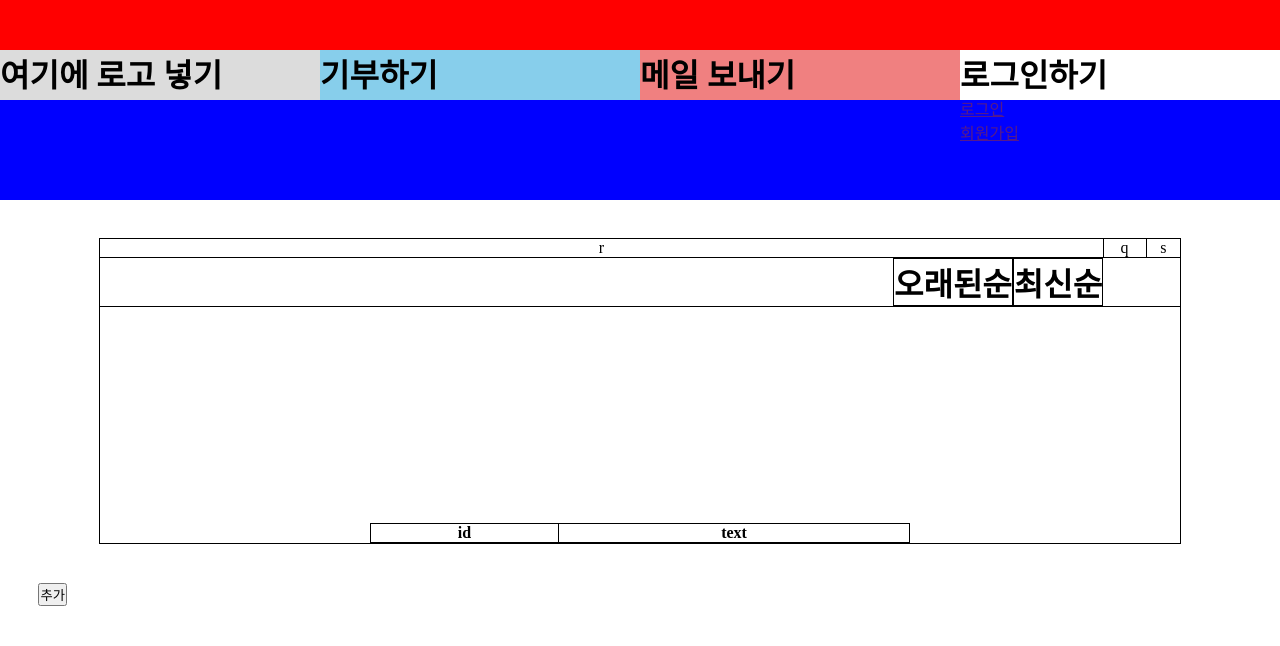
Repository: Yeojin0523/Survey
Page: http://localhost/Blog/Blog/list.jsp
The author's editor kept a copy of each file at every save. The page is drawn from the files as they stood at one save, then again after the next save.
The browser window is 1280 px wide. The pictures show the whole page.
The page is served by Tomcat 9. Other server files are loaded and not shown. The template is opened directly, without the code that normally fills it, so the values that code supplies are empty.

Above is the page before, as saved 2024-07-29 07:34:10.

### Blog/src/main/webapp/Blog/list.jsp
<%@ page language="java" contentType="text/html; charset=UTF-8"
	pageEncoding="UTF-8"%>
<%@ page import="java.util.List"%>
<%@ page import="java.util.ArrayList"%>
<%@ page import="java.sql.DriverManager"%>
<%@ page import="java.sql.ResultSet"%>
<%@ page import="java.sql.PreparedStatement"%>
<%@ page import="java.sql.Connection"%>
<%@ page import="java.sql.SQLException"%>

<%
Connection conn = null;
PreparedStatement pstmt = null;
ResultSet rs = null;
%>

<!DOCTYPE html>
<html>
<head>
<meta charset="UTF-8">
<title>my blog</title>
<script src="list.js"></script>
<link rel="stylesheet" href="list.css">
</head>
<body>
	<div class="wrapper">
		<div class="wrap">
			<div class="top_gnb_area"></div>
			<div class="top_area">
				<div class="logo_area">
					<h1>여기에 로고 넣기</h1>
				</div>
				<div class="donate_area">
					<h1>기부하기</h1>
				</div>

				<div class="mail_area">
					<h1>메일 보내기</h1>
				</div>
				<div class="login_area">
					<h1>로그인하기</h1>
					<!-- 로그인 안한 상태 -->
					<c:if test="${memeber == null}">
						<div class="loginBtn">
							<a href="">로그인</a>
						</div>
						<span><a href="">회원가입</a></span>
					</c:if>
				</div>
			</div>
		</div>
	</div>
	<div class="frame">
		<table class="outer_table">
			<tr class="category">
				<td>r</td>
				<td>q</td>
				<td>s</td>
			</tr>
			<tr class="list" colspan="2">
				<td>
					<h1>최신순</h1>
				</td>
				<td>
					<h1>오래된순</h1>
				</td>
			</tr>
			<tr>
				<td colspan="3">
					<div class="content">
						<div class="donateList">
							<table class="inner_table">
								<tr>
									<th>id</th>
									<th>text</th>
								</tr>
								<%
								try {
									Class.forName("oracle.jdbc.driver.OracleDriver");
									conn = DriverManager.getConnection("jdbc:oracle:thin:@localhost:1521:XE", "c##systemid", "systempwd");
									String sql = "SELECT * FROM blog";
									pstmt = conn.prepareStatement(sql);
									rs = pstmt.executeQuery();

									while (rs.next()) {
										out.println("<tr>");
										out.println("<td>" + rs.getInt("seq") + "</td>");
										out.println("<td>" + rs.getString("text") + "</td>");
										out.println("</tr>");
									}
								} catch (Exception e) {
									e.printStackTrace();
								} finally {
									try {
										if (rs != null)
									rs.close();
										if (pstmt != null)
									pstmt.close();
										if (conn != null)
									conn.close();
									} catch (Exception e) {
										e.printStackTrace();
									}
								}
								%>
							</table>
						</div>
					</div>
				</td>
			</tr>
		</table>
	</div>


	<div class="button_area">
		<button id="insertBtn">추가</button>
	</div>
</body>
</html>

### Blog/src/main/webapp/Blog/list.js
/** list.js의 script file
 *
 */
document.addEventListener("DOMContentLoaded", function(){
	document.getElementById("insertBtn").addEventListener("click", function(){
		window.location.href="InsertForm.jsp";
	});
});

### Blog/src/main/webapp/Blog/list.css
@charset "UTF-8";
*{
	margin:0;
	padding:0;
}
/*화면 전체*/
.wrapper{
	width:100%;
}
/*content 랩*/
.content{
	width:1080px;
	margin:auto;
}
.top_gnb_area{
	width:100%;
	height:50px;
	background-color: red;
}
.top_area{
	width:100%;
	height:150px;
	background-color: blue;
	align-items: center;
}
.logo_area{
	width:25%;
	height:50px;
	background-color: gainsboro;
	float:left;
}
.donate_area{
	width:25%;
	height:50px;
	background-color: skyblue;
	float:left;
}
.mail_area{
	width:25%;
	height:50px;
	background-color: lightcoral;
	float:left;
}
.login_area{
	width:25%;
	height:50px;
	background-color: white;
	float:right;
}
table{
	margin-left:auto;
	margin-right:auto;
	text-align: center;
}
table, td, th{
	border-collapse: collapse;
	border:1px solid black;
}
.outer_table{
	margin-top:3%;
}
.inner_table{
	margin-top:20%;
	width:50%;
	height:50%;
}
.button_area{
	padding:3%;
}
.list{
	display: flex;
	flex-direction: row-reverse;
}
.category{
	margin-left:auto;
	margin-right:auto;
	text-align: center;
}

After the next save:
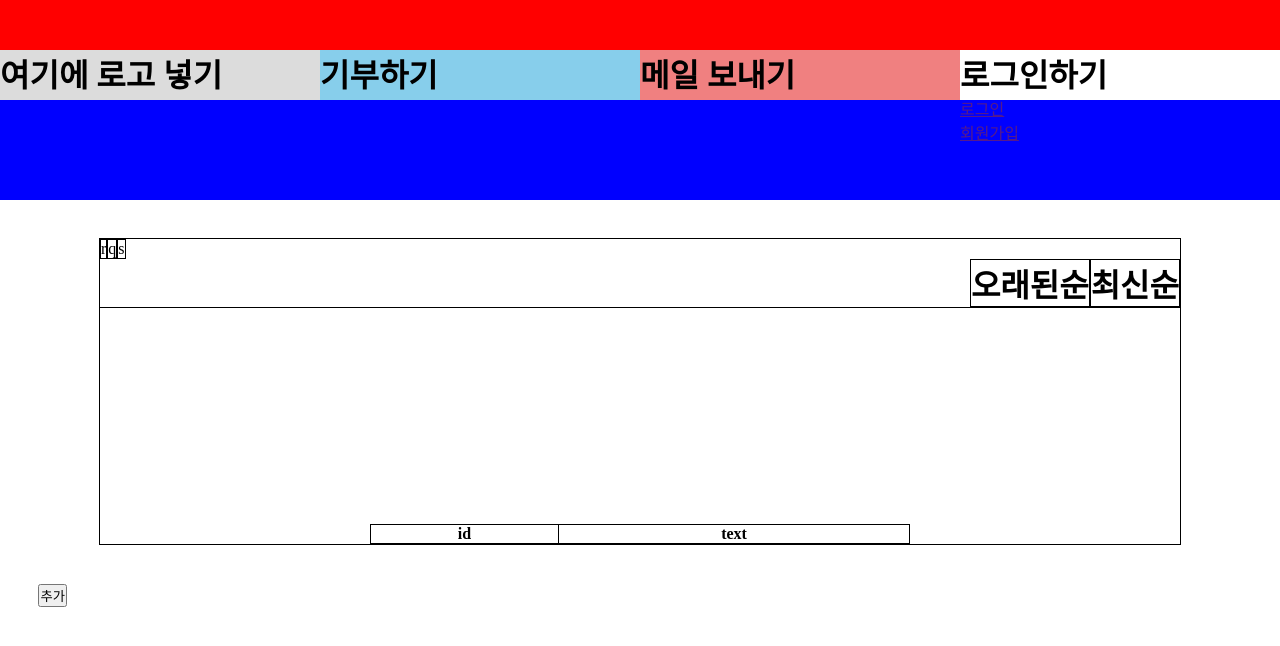
Saved 2 min 8 s later.
--- a/Blog/src/main/webapp/Blog/list.css
+++ b/Blog/src/main/webapp/Blog/list.css
@@ -72,7 +72,5 @@ table, td, th{
 	flex-direction: row-reverse;
 }
 .category{
-	margin-left:auto;
-	margin-right:auto;
-	text-align: center;
+	display: flex;
 }
